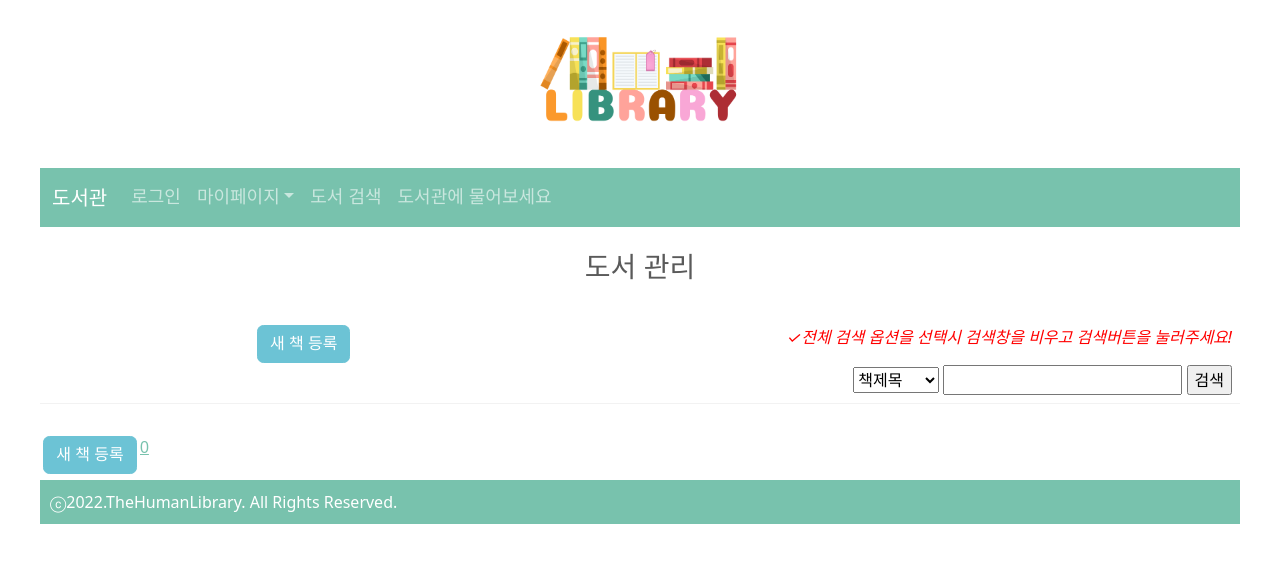
Repository: ahnbin00/Library
Page: http://localhost/BookRental/WEB-INF/book/manageBookList.jsp
These files come from the project's save history. The page is drawn as it stood at one moment and after the next save; the edit follows.
The browser window is 1280 px wide. The pictures show the whole page.
Some web fonts or font styles are not loaded; a fallback is used. Some web libraries are served in a nearby version. The page is served by Tomcat 9. Nobody is signed in. The template is opened directly, without the code that normally fills it, so the values that code supplies are empty.

Above is the page before, as saved 2022-12-22 07:05:28.

After the next save:
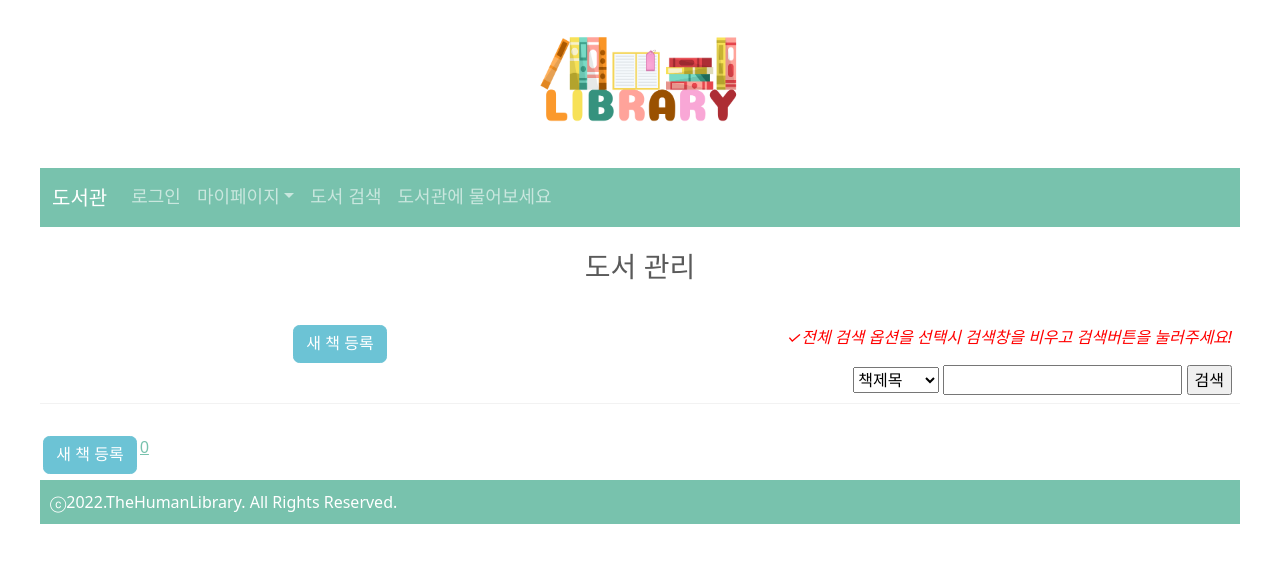
Saved 71 s later.
--- a/BookRental/src/main/webapp/WEB-INF/book/manageBookList.jsp
+++ b/BookRental/src/main/webapp/WEB-INF/book/manageBookList.jsp
@@ -13,8 +13,11 @@
 <title>도서 목록/검색</title>
 <style type="text/css">
 @import url('https://fonts.googleapis.com/css2?family=Jua&display=swap');
-th, td{
+th{
 	width: 200px;
+}
+td{
+	width: 600px;
 }
 </style>
 </head>
